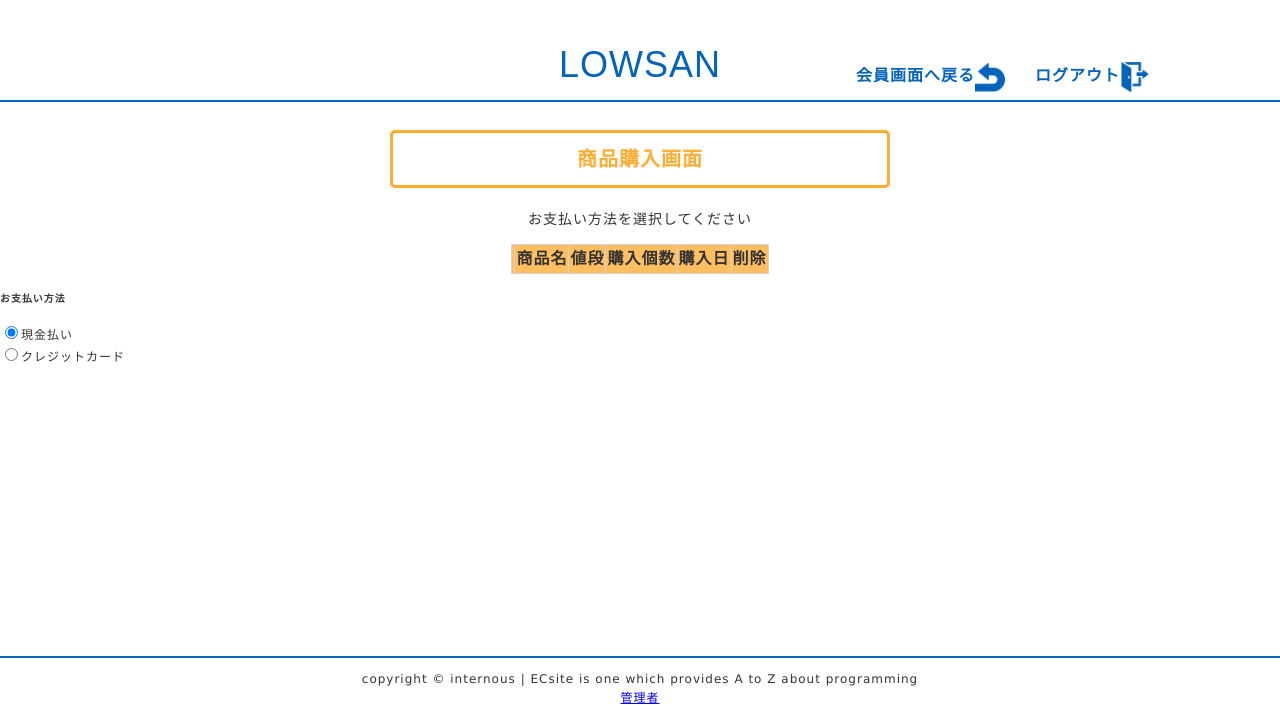
Repository: nishimura0212/myECsite
Page: http://localhost/ecsite/buyItem.jsp
These files come from the project's save history. The page is drawn as it stood at one moment and after the next save; the edit follows.
The browser window is 1280 px wide. The pictures show the whole page.
The page is served by Tomcat 9.

Above is the page before, as saved 2019-01-02 14:29:14.

After the next save:
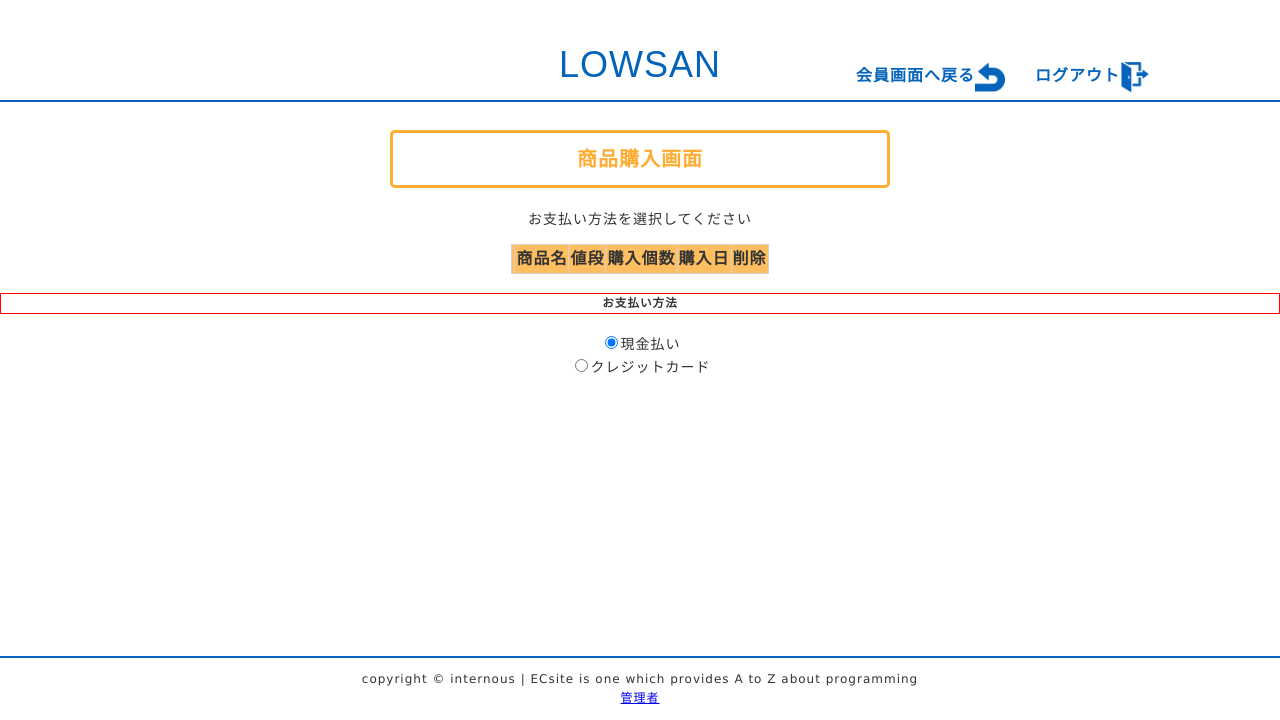
Saved 2 min 41 s later.
--- a/ecsite/WebContent/css/style.css
+++ b/ecsite/WebContent/css/style.css
@@ -335,6 +335,17 @@ input[type="password"]:focus {
 	height: 100px;
 }
 
+/* 商品購入画面 */
+.pay-method{
+	text-align: center;
+	font-size: 14px;
+}
+.pay-method h5{
+	border: 1px solid red;
+}
+
+
+
 
 
 
@@ -352,9 +363,6 @@ input[type="password"]:focus {
 .pointer:hover{
 	cursor: pointer;
 }
-
-
-
 .button1{
 	margin: 0 20px auto;
 	float: left;
@@ -445,6 +453,9 @@ input[type="password"]:focus {
 	border-radius: 50%;
 	font-size: 30px;
 }
+
+
+
 
 
 /* footerレイアウト */
